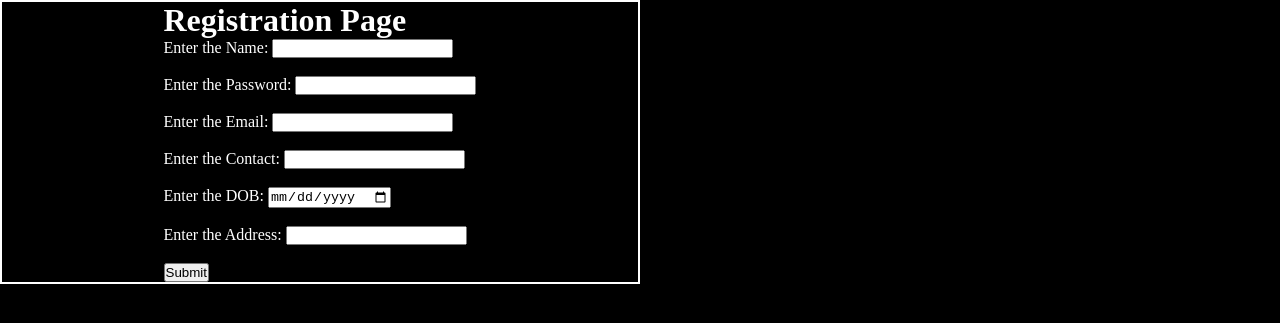
Repository: Pradeep4802/utopiatech
Page: eclipse-workspace/OwnServlet/src/main/webapp/Home.html
The author's editor kept a copy of each file at every save. The page is drawn from the files as they stood at one save, then again after the next save.
The browser window is 1280 px wide. The pictures show the whole page.

Above is the page before, as saved 2023-10-09 10:11:03.

After the next save:
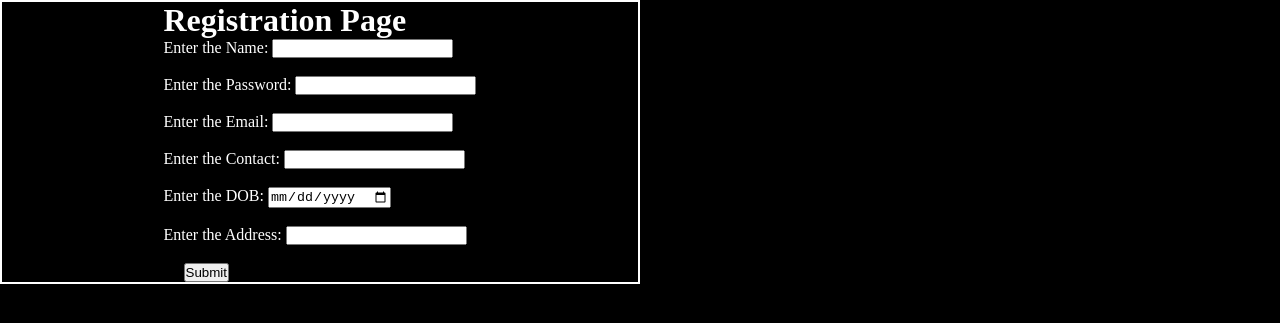
Saved 2 min 6 s later.
--- a/eclipse-workspace/OwnServlet/src/main/webapp/Home.html
+++ b/eclipse-workspace/OwnServlet/src/main/webapp/Home.html
@@ -28,6 +28,10 @@ body {
 label {
 	color: white;
 }
+
+input[type="submit"] {
+	margin-left : 20px;
+}
 </style>
 </head>
 <body>
